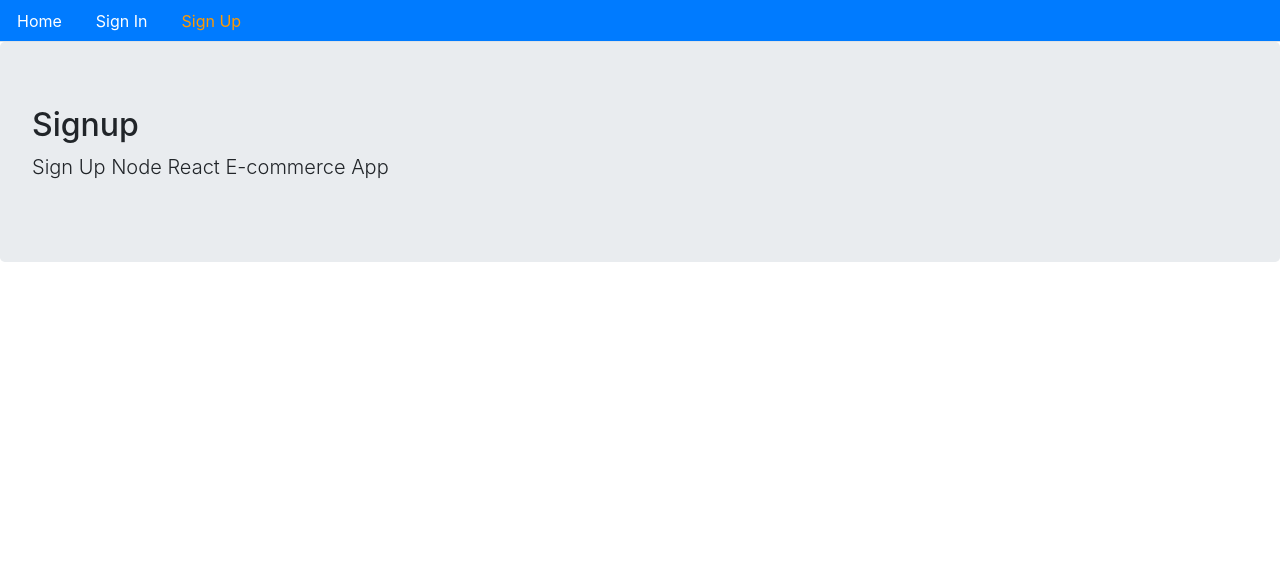
Repository: pragnyatata/Ecommerce
Page: /signup (app in ecommerce-front/)
The author's editor kept a copy of each file at every save. The page is drawn from the files as they stood at one save, then again after the next save.
The browser window is 1280 px wide. The pictures show the whole page.
The project was rebuilt for these pictures with package versions that can differ from the ones it lists, and the page was loaded fresh each time. Also part of the build but not shown: ecommerce-front/src/App.js, ecommerce-front/src/user/Signin.js, ecommerce-front/src/core/Home.js.

Above is the page before, as saved 2020-01-18 21:31:56.

### ecommerce-front/public/index.html
<!DOCTYPE html>
<html lang="en">
  <head>
    <meta charset="utf-8" />
    <link rel="icon" href="%PUBLIC_URL%/favicon.ico" />
    <meta name="viewport" content="width=device-width, initial-scale=1" />
    <meta name="theme-color" content="#000000" />
    <meta
      name="description"
      content="Web site created using create-react-app"
    />
    <link rel="apple-touch-icon" href="%PUBLIC_URL%/logo192.png" />
    <link rel="manifest" href="%PUBLIC_URL%/manifest.json" />
    <link
      rel="stylesheet"
      href="https://maxcdn.bootstrapcdn.com/bootstrap/4.0.0/css/bootstrap.min.css"
      integrity="sha384-Gn5384xqQ1aoWXA+058RXPxPg6fy4IWvTNh0E263XmFcJlSAwiGgFAW/dAiS6JXm"
      crossorigin="anonymous"
    />

    <title>React App</title>
  </head>
  <body>
    <noscript>You need to enable JavaScript to run this app.</noscript>
    <div id="root"></div>
  </body>
</html>

### ecommerce-front/src/index.js
import React from "react";
import ReactDOM from "react-dom";
import App from "./App";
import Routes from "./Routes";
ReactDOM.render(<Routes />, document.getElementById("root"));

### ecommerce-front/src/Routes.js
import React, { Component } from "react";
import { BrowserRouter, Switch, Route } from "react-router-dom";
import Signup from "./user/Signup";
import Signin from "./user/Signin";
import Home from "./core/Home";
const Routes = () => {
  return (
    <BrowserRouter>
      <Switch>
        <Route path="/" exact component={Home} />
        <Route path="/signin" exact component={Signin} />
        <Route path="/signup" exact component={Signup} />
      </Switch>
    </BrowserRouter>
  );
};
export default Routes;

### ecommerce-front/src/user/Signup.js
import React, { Component } from "react";
import Layout from "../core/Layout";
const Signup = () => {
  const signUpForm = () => (
    <form>
      <div className="form-group">
        <label className="text-muted"> Name</label>
        <input type="text" className="form-control"></input>
      </div>
      <div className="form-group">
        <label className="text-muted"> Email</label>
        <input type="email" className="form-control"></input>
      </div>
      <div className="form-group">
        <label className="text-muted"> Password</label>
        <input type="password" className="form-control"></input>
      </div>
    </form>
  );
  return (
    <Layout
      title="Signup"
      description=" Sign Up Node React E-commerce App"
    ></Layout>
  );
};
export default Signup;

### ecommerce-front/src/core/Layout.js
import React from "react";
import Menu from "./Menu";
const Layout = ({
  title = "Title",
  description = "Description",
  className,
  children
}) => (
  <div>
    <Menu />
    <div className="jumbotron">
      <h2>{title}</h2>
      <p className="lead">{description}</p>
    </div>
    <div className={className}>{children}</div>
  </div>
);
export default Layout;

### ecommerce-front/src/core/Menu.js
import React from "react";
import { Link, withRouter } from "react-router-dom";
const isActive = (history, path) => {
  if (history.location.pathname === path) return { color: "#ff9900" };
  return { color: "#ffffff" };
};

const Menu = ({ history }) => (
  <div>
    <ul className="nav nav-tabs bg-primary">
      <li className="nav-item">
        <Link className="nav-link" style={isActive(history, "/")} to="/">
          Home
        </Link>
      </li>
      <li className="nav-item">
        <Link
          className="nav-link"
          style={isActive(history, "/signin")}
          to="/signin"
        >
          Sign In{" "}
        </Link>
      </li>
      <li className="nav-item">
        <Link
          className="nav-link"
          style={isActive(history, "/signup")}
          to="/signup"
        >
          Sign Up
        </Link>
      </li>
    </ul>
  </div>
);
export default withRouter(Menu);

After the next save:
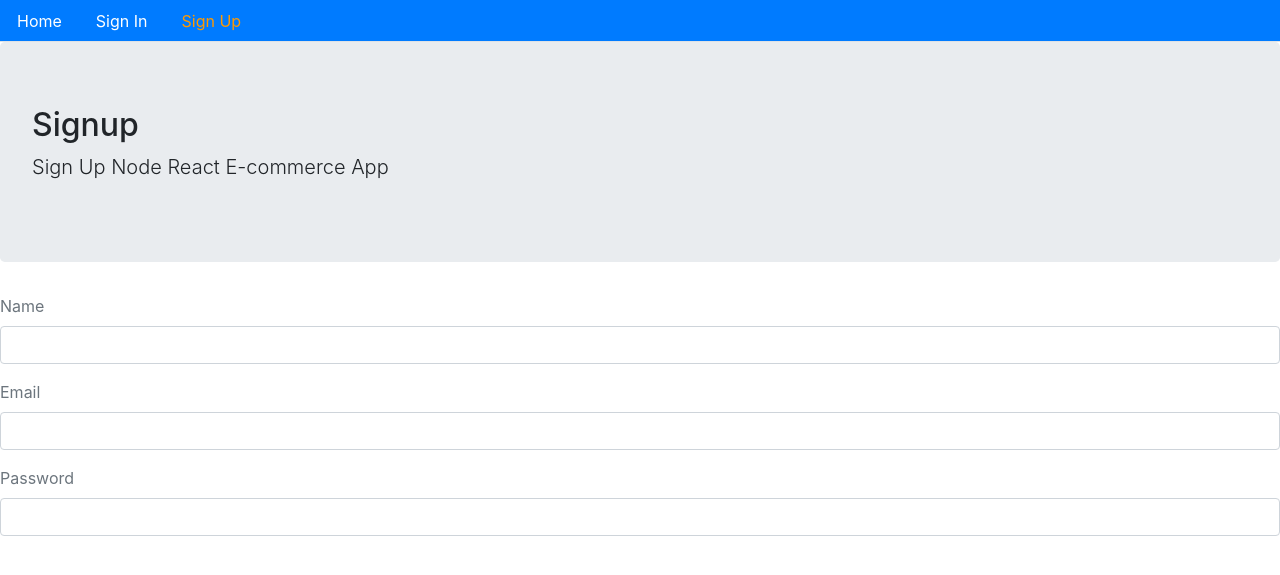
Saved 27 s later.
--- a/ecommerce-front/src/user/Signup.js
+++ b/ecommerce-front/src/user/Signup.js
@@ -18,10 +18,9 @@ const Signup = () => {
     </form>
   );
   return (
-    <Layout
-      title="Signup"
-      description=" Sign Up Node React E-commerce App"
-    ></Layout>
+    <Layout title="Signup" description=" Sign Up Node React E-commerce App">
+      {signUpForm()}
+    </Layout>
   );
 };
 export default Signup;
